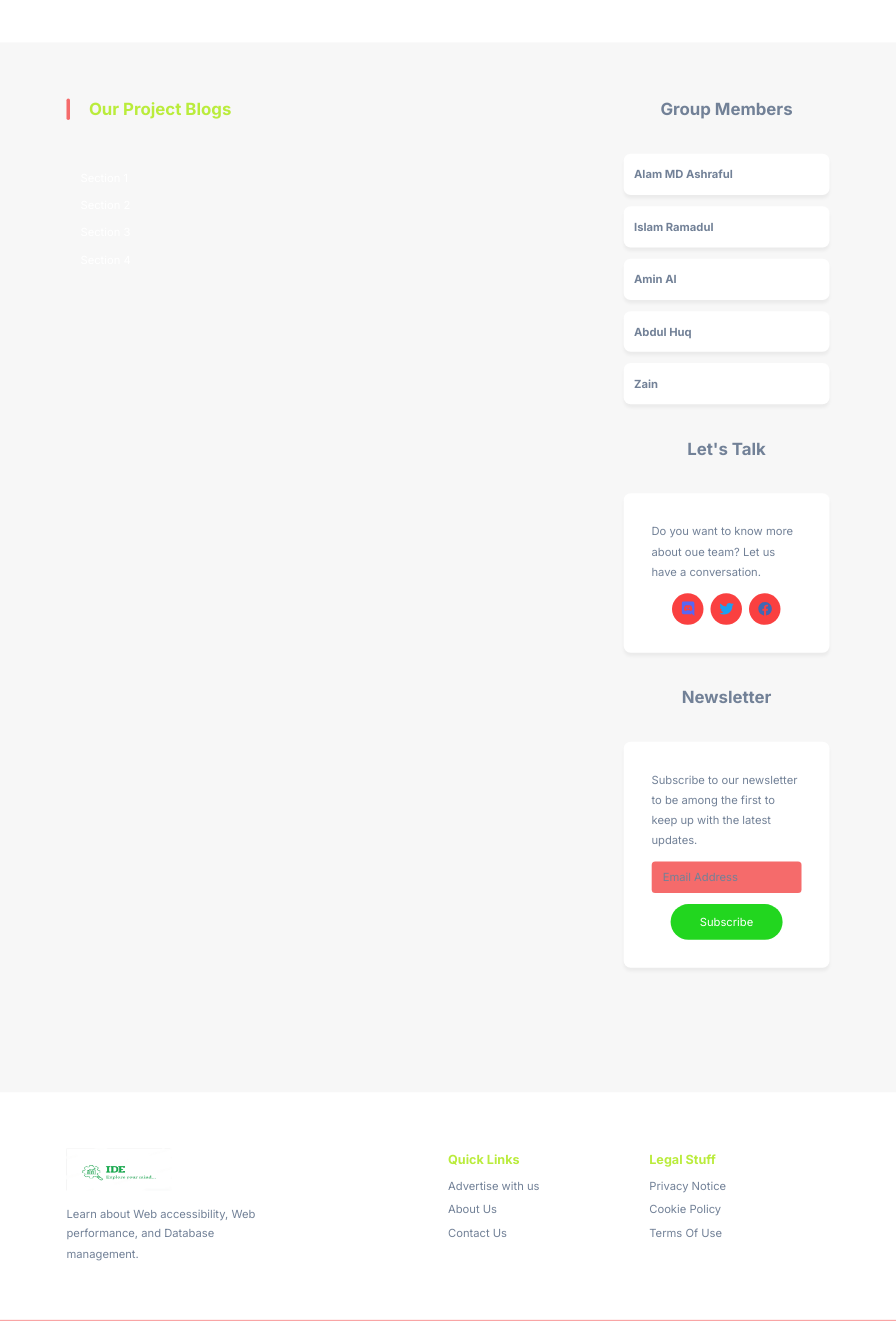
Repository: ramizraaz/zjuTeam
Page: main.html
The author's editor kept a copy of each file at every save. The page is drawn from the files as they stood at one save, then again after the next save.
The browser window is 1280 px wide. The pictures show the part of the page from y = 492 to 2392 px (the page is 2435 px tall), at 70% of full size.
A picture or video elsewhere on the page could not be fetched, so the positions and the page height are approximate.

Above is the page before, as saved 2023-10-22 20:57:52.

After the next save:
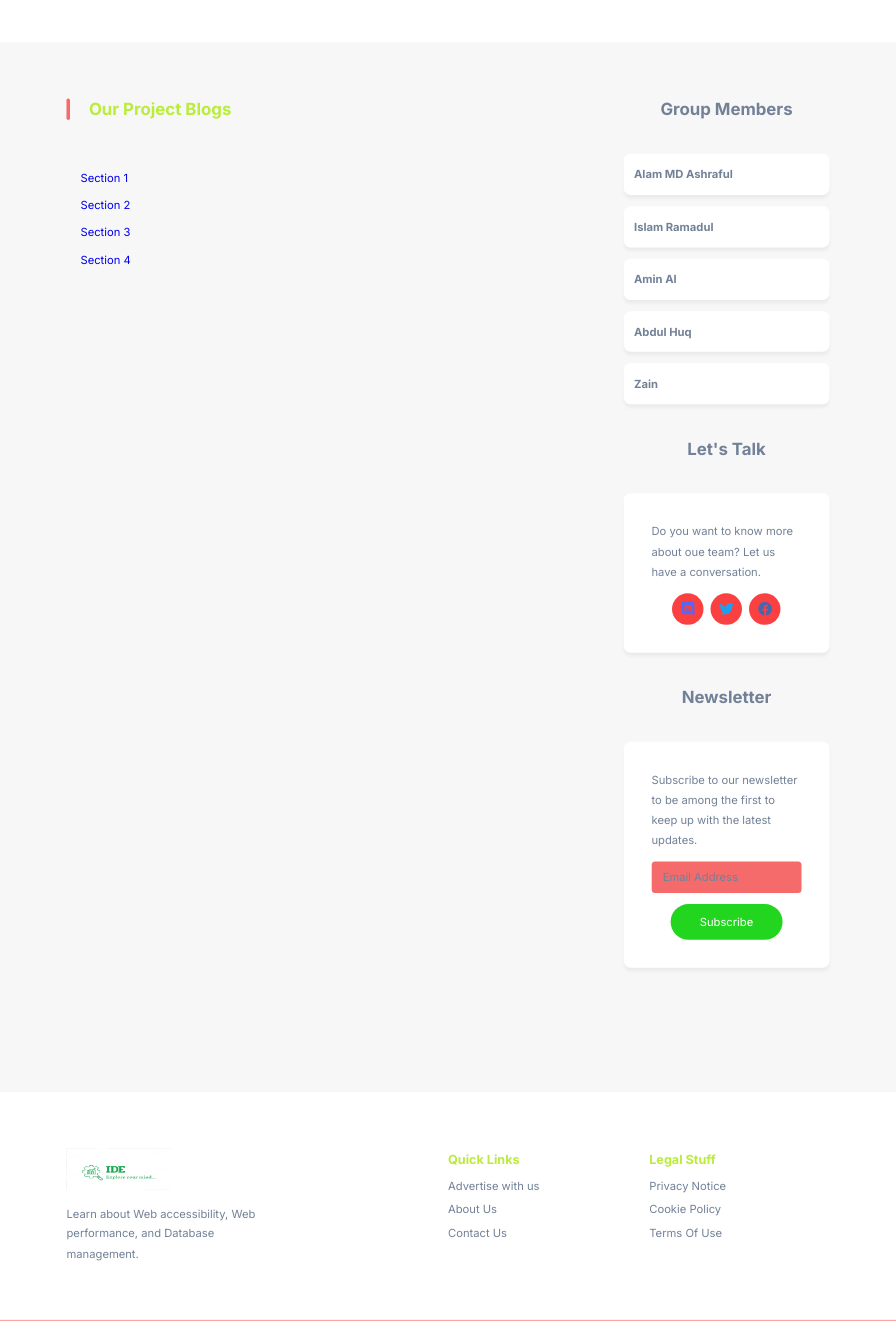
Saved 12 s later.
--- a/main.css
+++ b/main.css
@@ -390,7 +390,6 @@ header .btn-group {
 
 .navigationLeft a {
     text-decoration: none;
-    color: #fff;
     /* Link text color */
     display: block;
 }
